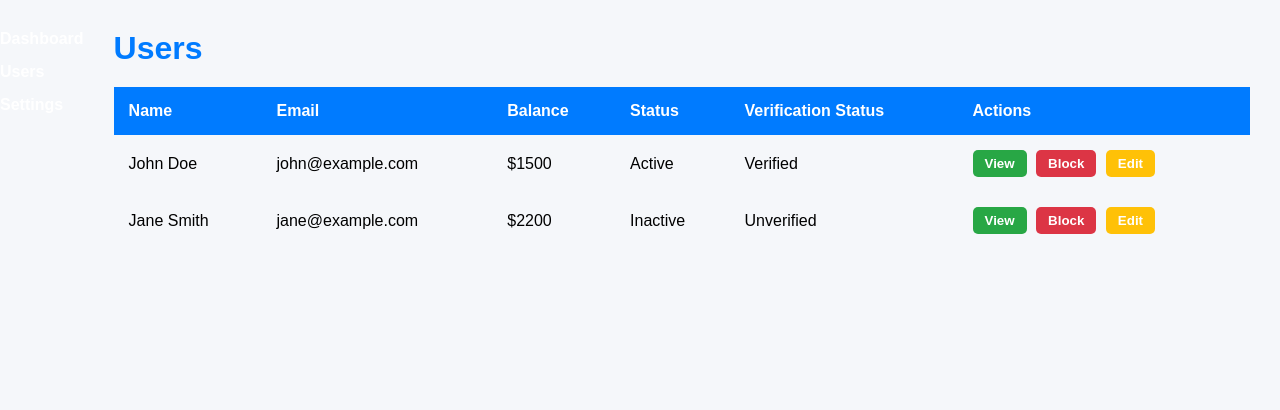
Repository: 2025silverx/slivedrX
Page: index.html
An editor plug-in stored every save of this project. The page is shown before and after a run of saves, followed by the edit.
The browser window is 1280 px wide. The pictures show the whole page.

Above is the page before, as saved 2025-01-05 00:52:08.

### index.html
<!DOCTYPE html>
<html lang="en">
<head>
    <meta charset="UTF-8">
    <meta name="viewport" content="width=device-width, initial-scale=1.0">
    <title>Admin Panel - Users</title>
    <link rel="stylesheet" href="style.css">
</head>

<body>

        <ul class="sidebar-links">
            <li><a href="#">Dashboard</a></li>
            <li><a href="#">Users</a></li>
            <li><a href="#">Settings</a></li>
        </ul>
    </div>

    <div class="main-content">
        <h1>Users</h1>
        <table>
            <thead>
                <tr>
                    <th>Name</th>
                    <th>Email</th>
                    <th>Balance</th>
                    <th>Status</th>
                    <th>Verification Status</th>
                    <th>Actions</th>
                </tr>
            </thead>
            <tbody id="userTable">
                <tr>
                    <td>John Doe</td>
                    <td>john@example.com</td>
                    <td>$1500</td>
                    <td>Active</td>
                    <td>Verified</td>
                    <td>
                        <button class="action-btn view" onclick="viewUser()">View</button>
                        <button class="action-btn block" onclick="blockUser()">Block</button>
                        <button class="action-btn edit" onclick="editUser()">Edit</button>
                    </td>
                </tr>
                <tr>
                    <td>Jane Smith</td>
                    <td>jane@example.com</td>
                    <td>$2200</td>
                    <td>Inactive</td>
                    <td>Unverified</td>
                    <td>
                        <button class="action-btn view" onclick="viewUser()">View</button>
                        <button class="action-btn block" onclick="blockUser()">Block</button>
                        <button class="action-btn edit" onclick="editUser()">Edit</button>
                    </td>
                </tr>
                <!-- Additional rows can be added here -->
            </tbody>
        </table>
    </div>

    <script src="script.js"></script>
</body>
</html>

### style.css
/* Reset some default styles */
* {
    margin: 0;
    padding: 0;
    box-sizing: border-box;
}

/* Body and container styles */
body {
    font-family: Arial, sans-serif;
    display: flex;
    height: 100vh;
    background-color: #f5f7fa;
}

.sidebar {
    width: 250px;
    background-color: #007bff;
    color: white;
    padding: 20px;
    display: flex;
    flex-direction: column;
    position: sticky;
    top: 0;
}

.sidebar h2 {
    margin-bottom: 20px;
    text-align: center;
}

.sidebar input,
.sidebar select {
    margin: 10px 0;
    padding: 10px;
    border: none;
    border-radius: 5px;
}

.filters {
    margin-top: 20px;
}

.filters label {
    color: white;
}

.sidebar-links {
    list-style: none;
    margin-top: 30px;
}

.sidebar-links li {
    margin-bottom: 15px;
}

.sidebar-links a {
    text-decoration: none;
    color: white;
    font-weight: bold;
}

.sidebar-links a:hover {
    color: #f0f0f0;
}

/* Main content area */
.main-content {
    flex: 1;
    padding: 30px;
    overflow-y: auto;
}

h1 {
    color: #007bff;
    margin-bottom: 20px;
}

/* Table styles */
table {
    width: 100%;
    border-collapse: collapse;
    margin-top: 20px;
}

th, td {
    padding: 15px;
    text-align: left;
}

th {
    background-color: #007bff;
    color: white;
}

td {
    background-color: #f5f7fa;
}

.action-btn {
    padding: 6px 12px;
    border: none;
    cursor: pointer;
    border-radius: 5px;
    margin-right: 5px;
    font-weight: bold;
}

.action-btn.view {
    background-color: #28a745;
    color: white;
}

.action-btn.view:hover {
    background-color: #218838;
}

.action-btn.block {
    background-color: #dc3545;
    color: white;
}

.action-btn.block:hover {
    background-color: #c82333;
}

.action-btn.edit {
    background-color: #ffc107;
    color: white;
}

.action-btn.edit:hover {
    background-color: #e0a800;
}

/* Responsive styles */
@media (max-width: 768px) {
    .sidebar {
        width: 200px;
    }

    .main-content {
        padding: 20px;
    }

    table {
        font-size: 14px;
    }

    th, td {
        padding: 10px;
    }
}

@media (max-width: 480px) {
    .sidebar {
        width: 100%;
        position: static;
    }

    .main-content {
        margin-top: 20px;
    }

    table {
        font-size: 12px;
    }
}

### script.js
function viewUser() {
    alert('Viewing user details...');
}

function blockUser() {
    alert('User has been blocked!');
}

function editUser() {
    alert('Editing user...');
}

// You can add additional JavaScript functionality for filters or search functionality.

After the next 2 saves:
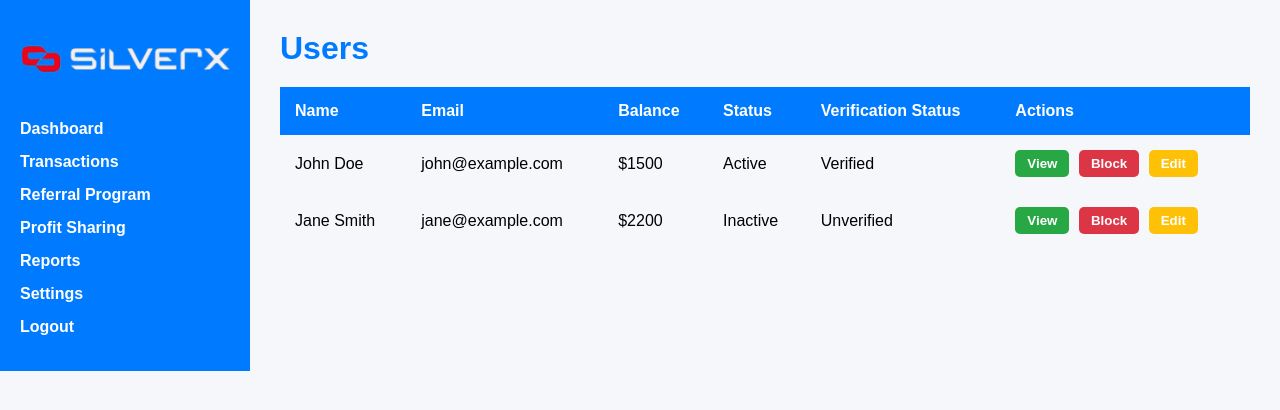
The 2 saves are shown as one change because they came seconds apart.
The last was saved 10 s later.
--- a/index.html
+++ b/index.html
@@ -9,11 +9,19 @@
 
 <body>
 
-        <ul class="sidebar-links">
-            <li><a href="#">Dashboard</a></li>
-            <li><a href="#">Users</a></li>
-            <li><a href="#">Settings</a></li>
-        </ul>
+    <div id="sidebar-container">
+        <div class="sidebar">
+            <img src="images/logo.png" alt="Sidebar Logo" class="sidebar-logo">
+            <ul class="sidebar-links">
+                <li><a href="index.html" class="sidebar-link" data-target="dashboard">Dashboard</a></li>
+                <li><a href="index2.html" class="sidebar-link" data-target="transactions">Transactions</a></li>
+                <li><a href="indesx3.html" class="sidebar-link" data-target="reports">Referral Program</a></li>
+                <li><a href="index4.html" class="sidebar-link" data-target="users">Profit Sharing</a></li>
+                <li><a href="index5.html" class="sidebar-link" data-target="reports">Reports</a></li>
+                <li><a href="setting.html" class="sidebar-link" data-target="settings">Settings</a></li>
+                <li><a href="index5.html" class="sidebar-link" data-target="logout">Logout</a></li>
+            </ul>
+        </div>
     </div>
 
     <div class="main-content">
